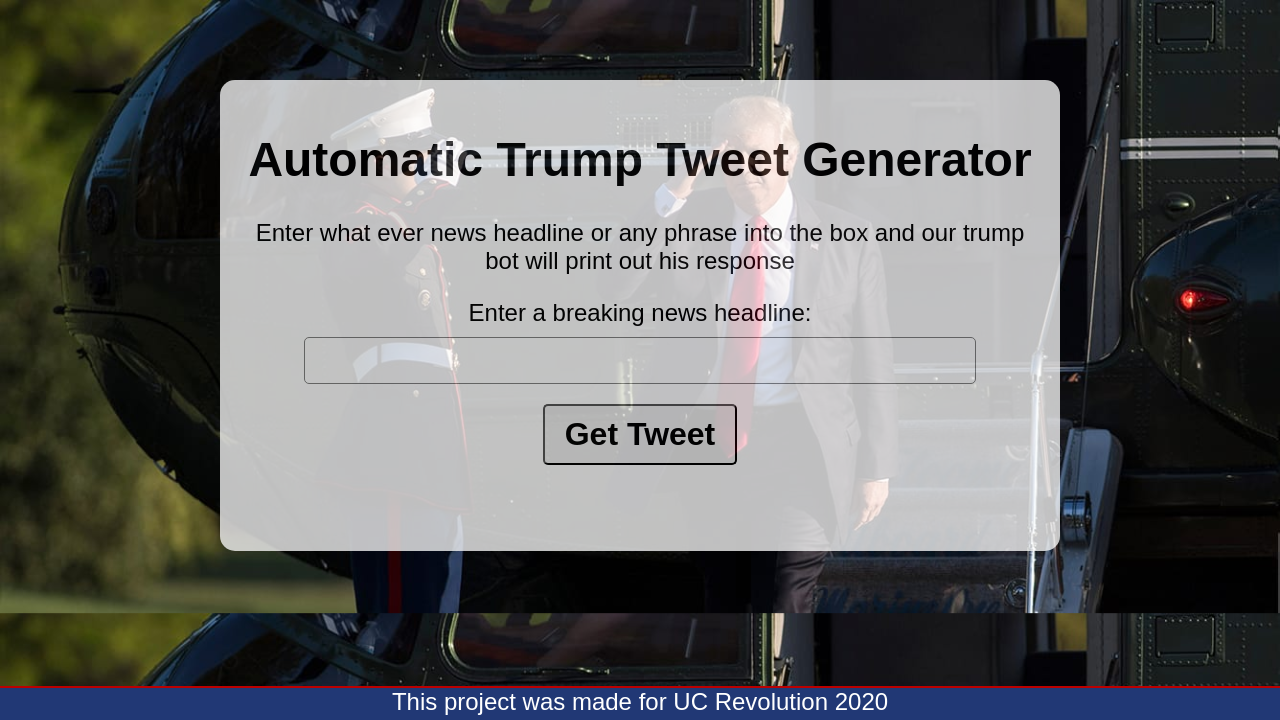
Repository: Yang4292/ai-donald
Page: http://localhost/
The author's editor kept a record of every edit. The page is drawn from the files as they stood at one moment, then again after the next edit.
The browser window is 1280 px wide. The pictures show the whole page.
The page is served by the project's application, run on Flask 3 (FlaskServer.py).

Above is the page before.

After the next edit:
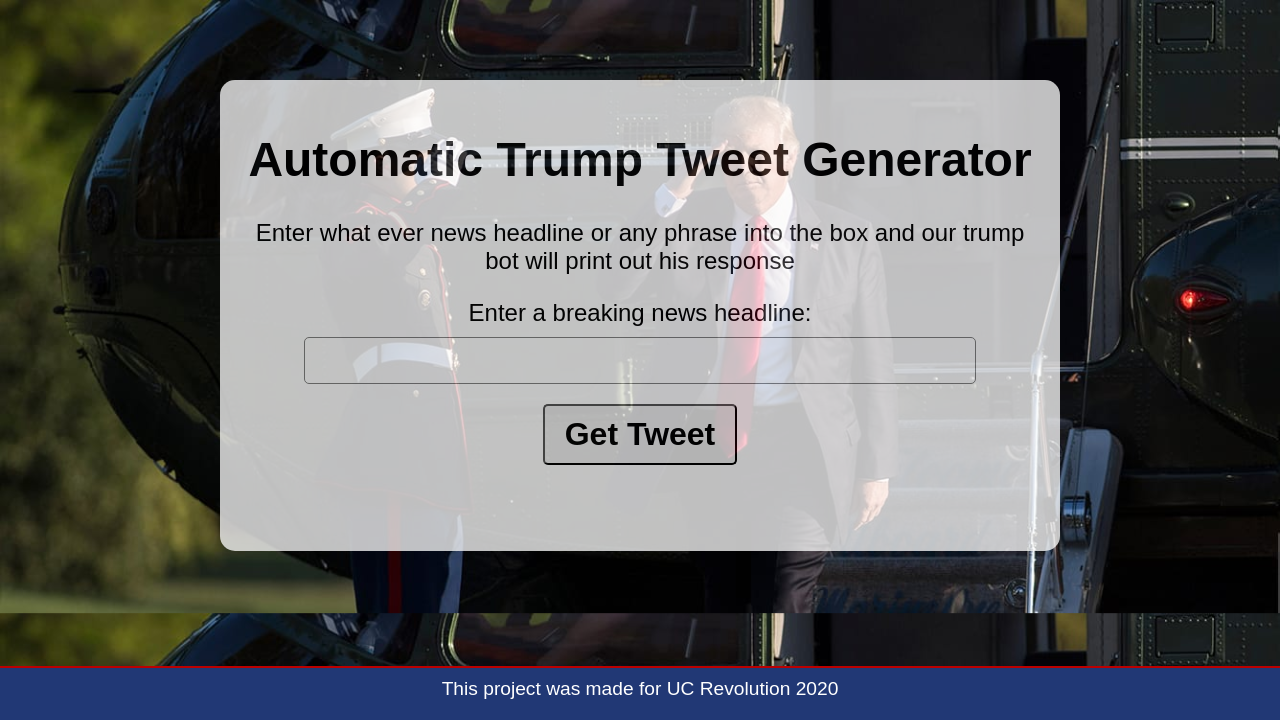
The edit:
--- a/static/theme.css
+++ b/static/theme.css
@@ -48,4 +48,6 @@
     right:0px;
     left:0px;
     color:white;
+    padding:10px;
+    font-size:1.2rem;
 }
